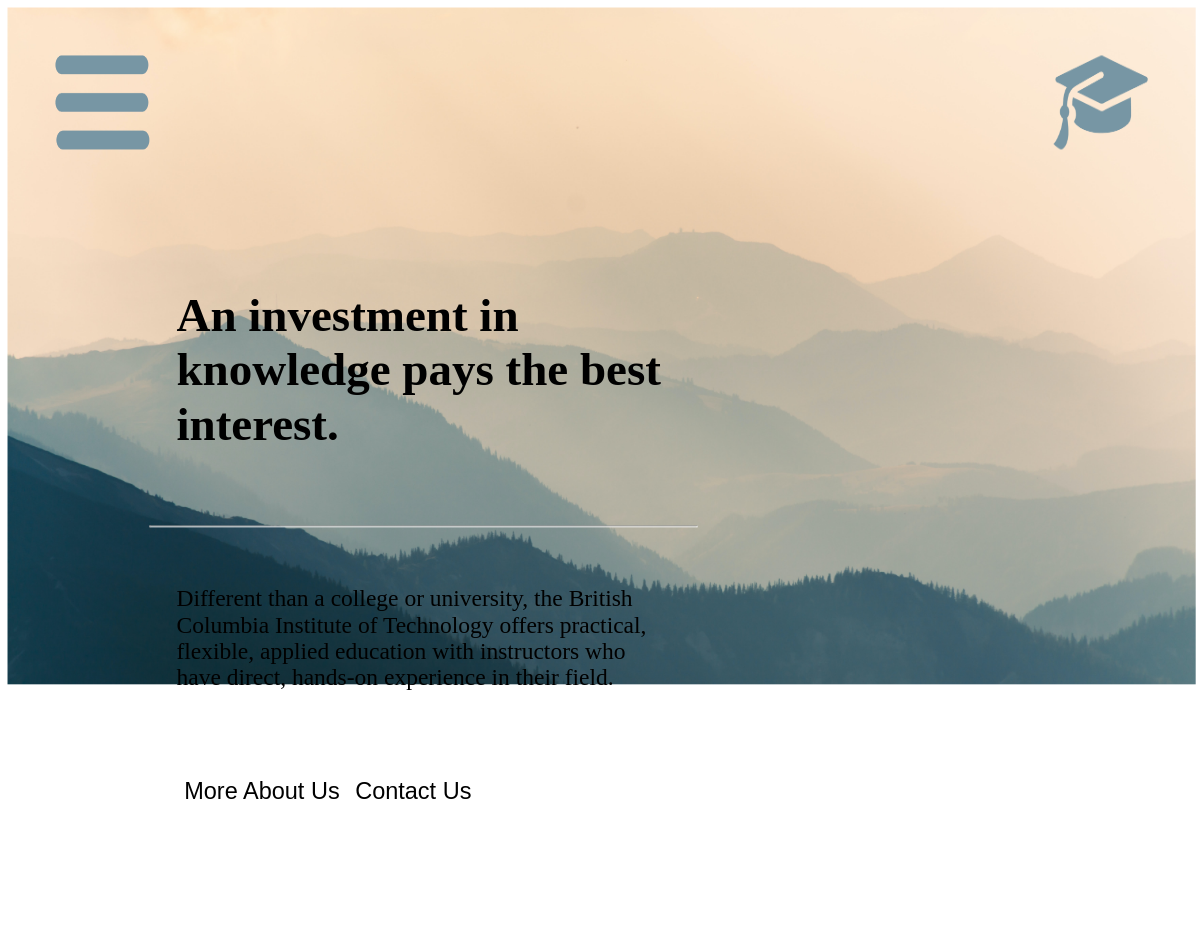
Repository: sierralaurent/MDIA2109-Assignment01
Page: /
These files come from the project's save history. The page is drawn as it stood at one moment and after a run of saves; the edit follows.
The browser window is 1280 px wide. The pictures show the whole page, at 94% of full size.
The project was rebuilt for these pictures with package versions that can differ from the ones it lists, and the page was loaded fresh each time. The framework's server and built-in components were replaced by stand-ins that run in the browser. Also part of the build but not shown: next.config.js, components/Card/card.module.css.

Above is the page before, as saved 2023-02-05 16:26:09.

### pages/index.js
import Head from 'next/head'
import Image from 'next/image'
import { Inter } from '@next/font/google'
import styles from '@/styles/Home.module.css'
import Link from 'next/link'
import Card from '../components/Card'
const inter = Inter({ subsets: ['latin'] })

export default function Home() {
  return (
    <>
    <nav>
      <Head>
        <title>Home</title>
        <meta name="author" content="MDIA 2109" />
        <meta property="og:title" content="Assignment #1 - Home Page" />
        <meta property="og:description" content="BCIT Digital Design and Development Diploma" />
        <link rel="icon" href="/favicon.png" />
        </Head>
        <main className={styles.main} >
          <menuPop/>
          <div className={styles.nav}>
            <img src="icons/menu-icon.png" className={styles.icon1}/>
            <img src="icons/graduation-hat.png" className={styles.icon2}/>
          </div>
          <div className={styles.middle}>
            <div >
            <div className={styles.intro}>
            <h1>An investment in knowledge pays the best interest.</h1>
            </div>
            <hr></hr>
            <div className={styles.intro2}>
            <p>Different than a college or university, the British Columbia Institute of Technology offers practical, flexible, applied education with instructors who have direct, hands-on experience in their field.</p>
            </div>
            </div>

            <div className={styles.buttons}>
            <Link href="/about">
          <button className={styles.butt}>More About Us</button>
        </Link>
        <Link href="/contact">
        <button className={styles.butt}>Contact Us</button>
        </Link>
            </div>
            </div>
          <div className={styles.bottom}>
            <a href="/about">
              <span>
                <img src="icons/downwardArrow.png" className={styles.icon3}/>
              </span>
            </a>
          </div>
        </main>
    </nav>
    </>
  )
}

### styles/Home.module.css
.main {
  background-image: url('../public/background-images/backgroundMountain.jpg');
  background-size: cover;
  height: 100vh;
}

.nav {
  padding: 4%;
}

.buttons {
  padding: 5%;
  bottom: 6rem;
  left: 1rem;
  gap: 2rem;
}

.butt {
  border: 3px solid white;
  border-radius: 8%;
  background-color: transparent;
  font-size: 25px;
  width: fit-content;
  padding: 1%;

}

.butt:hover {
  background-color: white;
  color: black;
}

.intro {
  display: flex;
  justify-content: left;
  flex-direction: row;

}

.intro2 {
  display: flex;
  justify-content: left;
  flex-direction: row;
  font-size: 25px;
  padding: 5%;
}

.intro h1 {
  font-size: 50px;
  padding: 5%;
  flex-direction: row;
}
.intro p {
  font-size: 30px;
  padding: 5%;
  flex-direction: row;
}

.middle {
  display: flex;
  flex-direction: column;
  justify-content: left;
  align-items: left;
  padding-top: 10%;
  padding-right: 30%;
}

.icon1 {
  width: 100px;
  height: 100px;
  float: left;
}

.icon2 {
  width: 100px;
  height: 100px;
  float: right;
}

.icon3 {
  width: 5vw;
  height: 5vh;
  float: right;
}

.bottom {
  padding: 8%;
  padding-top: 1%;
}

/* Desktop */
@media only screen and (min-width: 1000px) {
    .intro {
      max-width: 600px;
    }
    .intro2 {
      max-width: 600px;
    }
}


/* Tablet or iPad Air */
@media only screen and (min-width: 600px) and (max-width: 999px ) {
    .intro {
      max-width: 800px;
    }
    .middle {
      padding-right: 10%;
    }
    .intro h1 {
      font-size: 35px;
    }
    .intro2 p {
      font-size: 20px;
    }
    .butt {
      font-size: 20px;
    }
    .icon1 {
      width: 80px;
      height: 80px;
    }
    .icon2 {
      width: 80px;
      height: 80px;
    }
    .bottom {
      padding-top: 30%;
    }
}

/* Mobile or iPhone XR */
@media only screen and (max-width: 599px ) {
  .intro {
    max-width: 800px;
  }
  .middle {
    padding-right: 10%;
  }
  .intro h1 {
    font-size: 28px;
  }
  .intro2 p {
    font-size: 18px;
  }
  .butt {
    font-size: 18px
  }
  .icon1 {
    width: 50px;
    height: 50px;
  }
  .icon2 {
    width: 50px;
    height: 50px;
  }
  .icon3 {
    width: 40px;
    height: 40px;
  }
  .bottom {
    padding-top: 40%;
    padding-left: 5%;
  }
}

### components/Card/index.js
import {useState} from 'react'
import Image from 'next/image'
import styles from '@/components/Card/card.module.css'

const Card = () => {
    const [showPopup, setShowPopup] = useState(faslse);

    return (
        <div>
            <button className={styles.butt}
                onClick={() => setShowPopup(true)}
                >
                    <img src='/icons/menu-icon.png' width={60}></img>
            </button>

            {
                showPopup ? (
                    <div className={styles.menubutton}>
                        <h1 className={styles.x} onClick={() => setShowPopup(fasle)}>
                            X
                        </h1>
                        <img src="/background/menuBackground.png" width={200} className={styles.background}></img>

                        <div className={styles.menu}>
                            <h3>Home</h3>
                            <h3>About</h3>
                            <h3>Contact</h3>
                        </div>


                        </div>
                ) : null
            }
        </div>
    );
};

export default Card;

Loaded but not shown: pages/_document.js (common file)

After the next 2 saves:
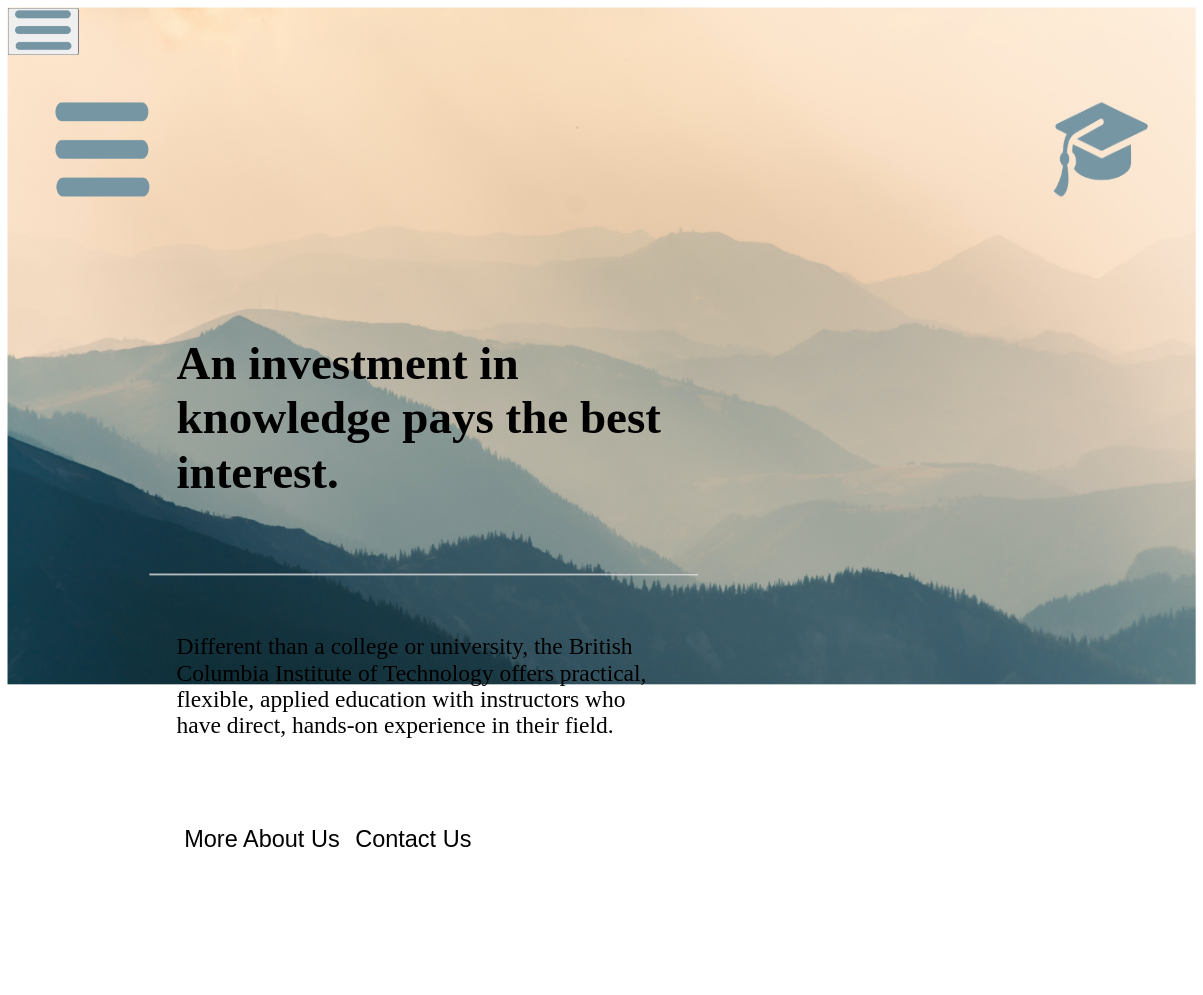
The 2 saves are shown as one change because 1 did not build or start.
The last was saved 2 min 58 s later.
--- a/pages/index.js
+++ b/pages/index.js
@@ -18,7 +18,7 @@ export default function Home() {
         <link rel="icon" href="/favicon.png" />
         </Head>
         <main className={styles.main} >
-          <menuPop/>
+          <Card/>
           <div className={styles.nav}>
             <img src="icons/menu-icon.png" className={styles.icon1}/>
             <img src="icons/graduation-hat.png" className={styles.icon2}/>
--- a/components/Card/index.js
+++ b/components/Card/index.js
@@ -3,7 +3,7 @@ import Image from 'next/image'
 import styles from '@/components/Card/card.module.css'
 
 const Card = () => {
-    const [showPopup, setShowPopup] = useState(faslse);
+    const [showPopup, setShowPopup] = useState(0);
 
     return (
         <div>
